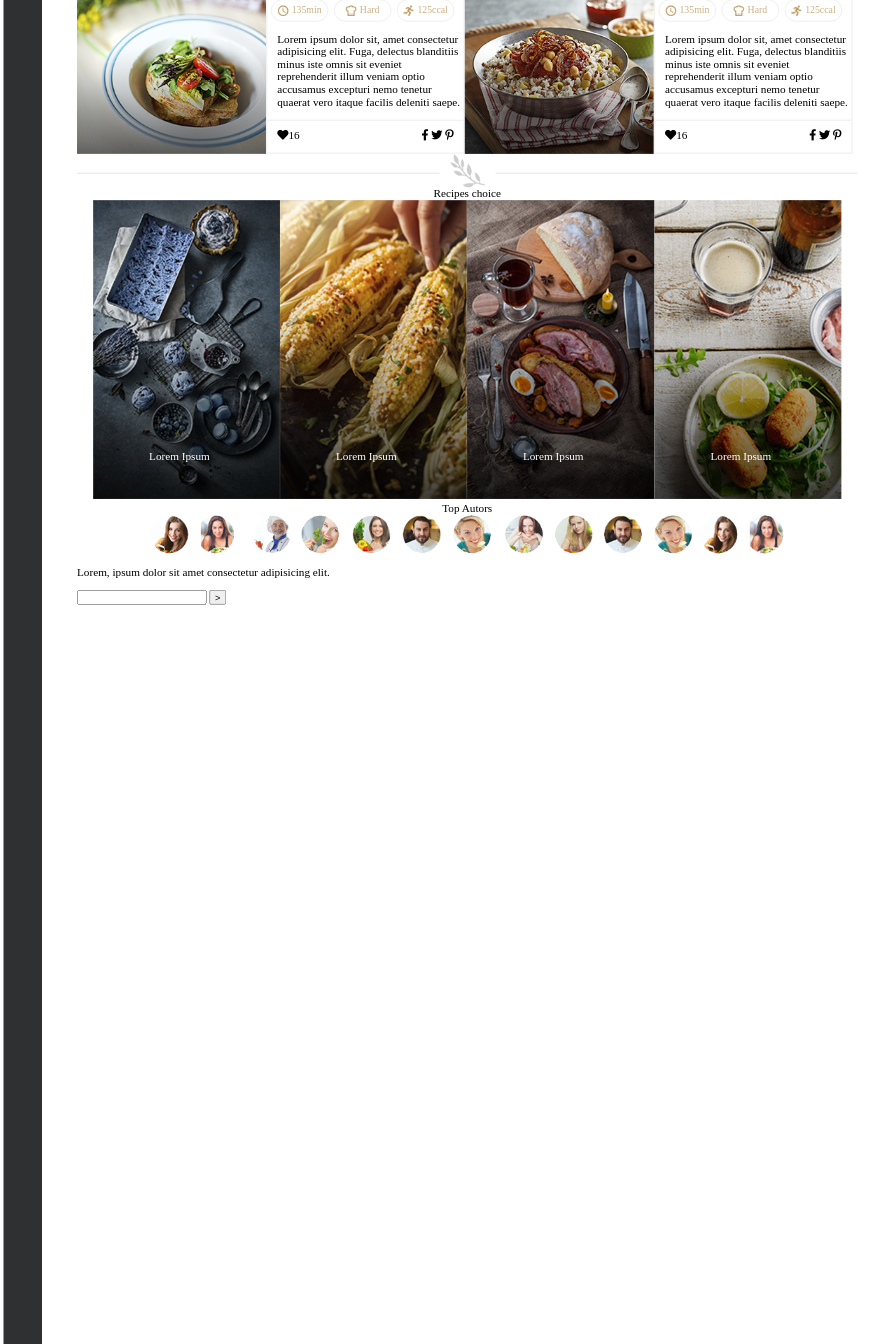
Repository: grzegorzgebala/recipeCatalog
Page: index.html
An editor plug-in stored every save of this project. The page is shown before and after the next save, followed by the edit.
The browser window is 1280 px wide. The pictures show the part of the page from y = 2477 to 4397 px (the page is 7016 px tall), at 70% of full size.
Some web libraries are served in a nearby version. The style sheet was rebuilt from its Sass, Less or Tailwind sources for each picture, by a compiler version that may differ from the author's.

Above is the page before, as saved 2019-05-03 00:27:00.

After the next save:
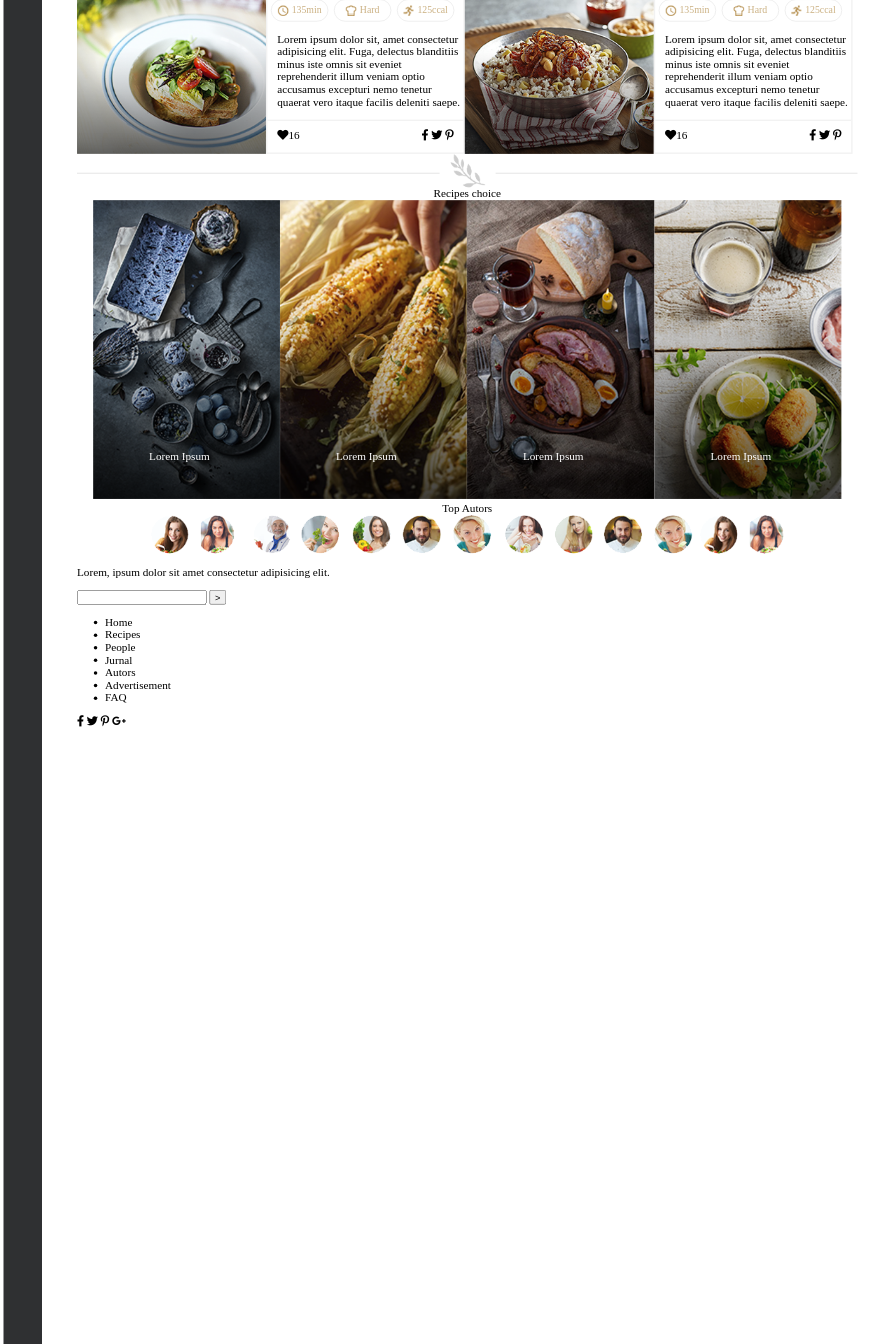
Saved 3 min 52 s later.
--- a/index.html
+++ b/index.html
@@ -444,7 +444,21 @@
                 <button>></button>
             </section>
             <footer>
-
+                <ul>
+                    <li>Home</li>
+                    <li>Recipes</li>
+                    <li>People</li>
+                    <li>Jurnal</li>
+                    <li>Autors</li>
+                    <li>Advertisement</li>
+                    <li>FAQ</li>
+                </ul>
+                <div class="icons">
+                    <i class="fab fa-facebook-f"></i>
+                    <i class="fab fa-twitter"></i>
+                    <i class="fab fa-pinterest-p"></i>
+                    <i class="fab fa-google-plus-g"></i>
+                </div>
             </footer>
         </div>
     </div>
